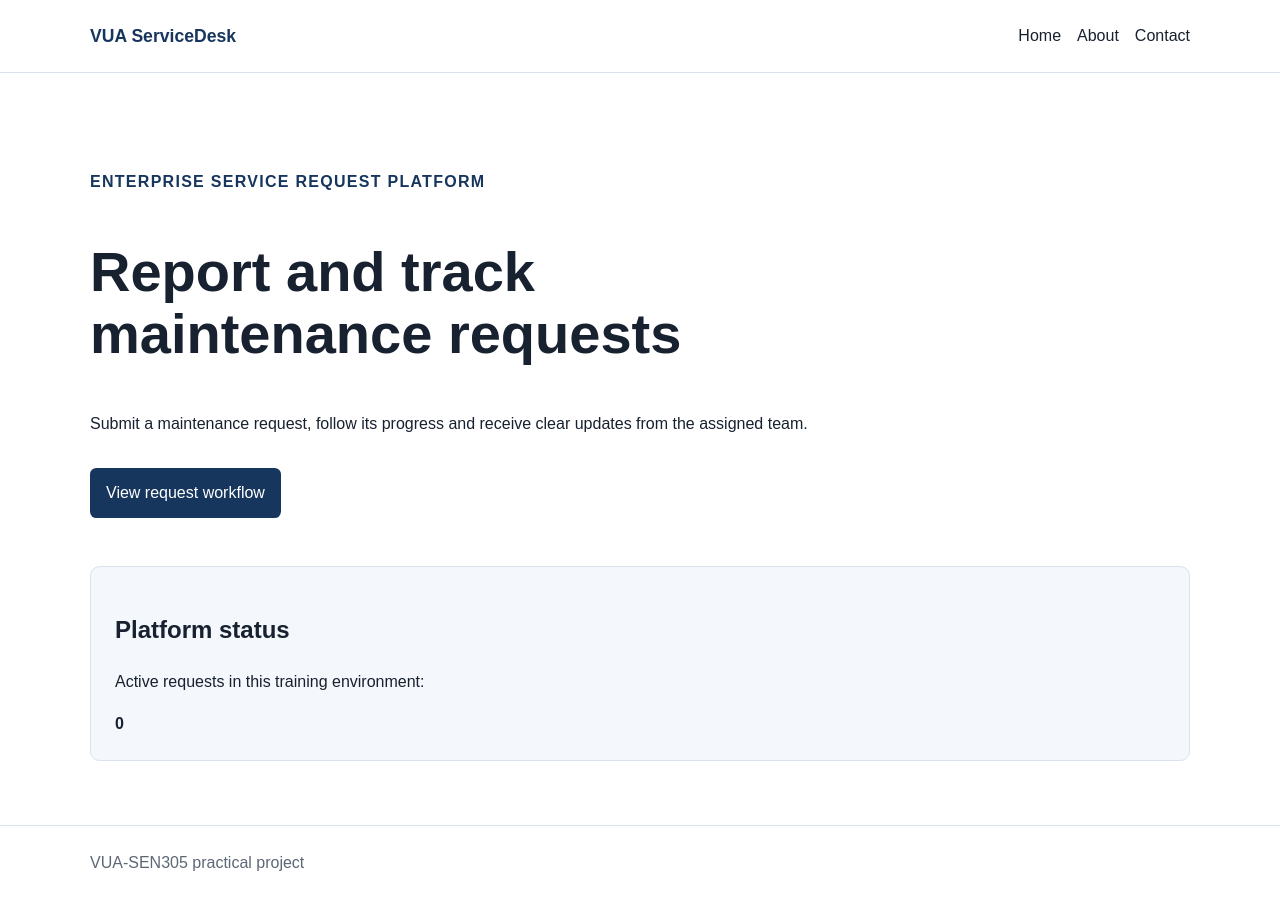
Repository: joezzi/sen305-service-platform
Page: http://localhost/
These files come from the project's save history. The page is drawn as it stood at one moment and after a run of saves; the edit follows.
The browser window is 1280 px wide. The pictures show the whole page.
The page is served by the project's application, run on Django 5.2 (backend/manage.py). Other server files are loaded and not shown.

Above is the page before, as saved 2026-10-21 14:33:56.

### backend/core/templates/core/home.html
{% extends "core/base.html" %}

{% block title %}Home | VUA ServiceDesk{% endblock %}

{% block content %}
<section class="hero">
    <p class="eyebrow">Enterprise Service Request Platform</p>
    <h1>{{ headline }}</h1>
    <p>
        Submit a maintenance request, follow its progress and receive
        clear updates from the assigned team.
    </p>
    <a class="button" href="#request-preview">View request workflow</a>
</section>

<section id="request-preview" class="status-panel">
    <h2>Platform status</h2>
    <p>Active requests in this training environment:</p>
    <strong>{{ active_requests }}</strong>
</section>
{% endblock %}

### backend/core/templates/core/base.html
{% load static %}
<!DOCTYPE html>
<html lang="en">
<head>
    <meta charset="UTF-8">
    <meta name="viewport" content="width=device-width, initial-scale=1.0">
    <title>{% block title %}VUA ServiceDesk{% endblock %}</title>
    <link rel="stylesheet" href="{% static 'core/css/styles.css' %}">
</head>
<body>
    <header class="site-header">
        <div class="container nav-row">
            <a class="brand" href="{% url 'core:home' %}">VUA ServiceDesk</a>
            <nav aria-label="Primary navigation">
                <a href="{% url 'core:home' %}">Home</a>
                <a href="{% url 'core:about' %}">About</a>
                <a href="{% url 'core:contact' %}">Contact</a>
            </nav>
        </div>
    </header>
    <main class="container">
        {% block content %}{% endblock %}
    </main>
    <footer class="site-footer">
        <div class="container">VUA-SEN305 practical project</div>
    </footer>
</body>
</html>

### backend/core/views.py
from django.shortcuts import render

def home(request):
    context = {
        "platform_name": "VUA ServiceDesk",
        "headline": "Report and track maintenance requests",
        "active_requests": 0,
    }
    return render(request, "core/home.html", context)

def about(request):
    project_roles = [
        "Requester",
        "Coordinator",
        "Technician",
        "Administrator",
    ]
    return render(
        request,
        "core/about.html",
        {"project_roles": project_roles},
    )

def contact(request):
    context = {
        "department_name": "Software Engineering Helpdesk",
        "email": "support@vua-servicedesk.edu",
        "office_hours": "Monday to Friday, 8:00 AM - 4:00 PM",
    }
    return render(request, "core/contact.html", context)

def workflow(request):
    stages = [
        "Request submitted",
        "Request triaged",
        "Technician assigned",
        "Request resolved",
    ]
    return render(request, "core/workflow.html", {"stages": stages})

### backend/config/urls.py
"""
URL configuration for config project.

The `urlpatterns` list routes URLs to views. For more information please see:
    https://docs.djangoproject.com/en/5.2/topics/http/urls/
Examples:
Function views
    1. Add an import:  from my_app import views
    2. Add a URL to urlpatterns:  path('', views.home, name='home')
Class-based views
    1. Add an import:  from other_app.views import Home
    2. Add a URL to urlpatterns:  path('', Home.as_view(), name='home')
Including another URLconf
    1. Import the include() function: from django.urls import include, path
    2. Add a URL to urlpatterns:  path('blog/', include('blog.urls'))
"""

from django.contrib import admin
from django.urls import include, path

urlpatterns = [
    path("admin/", admin.site.urls),
    path("", include("core.urls")),
]

### backend/core/urls.py
from django.urls import path
from . import views

app_name = "core"

urlpatterns = [
    path("", views.home, name="home"),
    path("about/", views.about, name="about"),
    path("contact/", views.contact, name="contact"),
    path("workflow/", views.workflow, name="workflow"),  # Add this route
]

### backend/core/static/core/css/styles.css
:root {
    --ink: #18212f;
    --muted: #5d6776;
    --surface: #f4f7fb;
    --brand: #17365d;
    --brand-dark: #0f2746;
    --line: #dbe2ea;
}

* { box-sizing: border-box; }

body {
    margin: 0;
    color: var(--ink);
    background: #ffffff;
    font-family: Arial, Helvetica, sans-serif;
    line-height: 1.6;
}

.container {
    width: min(1100px, calc(100% - 2rem));
    margin-inline: auto;
}

.site-header {
    border-bottom: 1px solid var(--line);
    background: #ffffff;
}

.nav-row {
    min-height: 72px;
    display: flex;
    align-items: center;
    justify-content: space-between;
    gap: 1rem;
}

.brand {
    color: var(--brand);
    font-size: 1.1rem;
    font-weight: 700;
    text-decoration: none;
}

nav { display: flex; gap: 1rem; }
nav a { color: var(--ink); text-decoration: none; }
nav a:hover, nav a:focus { color: var(--brand); text-decoration: underline; }

.hero, .page-heading { padding: 5rem 0 3rem; max-width: 760px; }
.hero h1, .page-heading h1 { font-size: clamp(2rem, 5vw, 3.5rem); line-height: 1.1; }
.eyebrow { color: var(--brand); font-weight: 700; text-transform: uppercase; letter-spacing: .08em; }

.button {
    display: inline-block;
    margin-top: 1rem;
    padding: .75rem 1rem;
    border-radius: .4rem;
    color: #ffffff;
    background: var(--brand);
    text-decoration: none;
}

.button:hover, .button:focus { background: var(--brand-dark); }

.status-panel {
    margin-bottom: 4rem;
    padding: 1.5rem;
    border: 1px solid var(--line);
    border-radius: .6rem;
    background: var(--surface);
}

.role-list { display: grid; gap: .75rem; padding-left: 1.25rem; }

.site-footer {
    margin-top: 4rem;
    padding: 1.5rem 0;
    border-top: 1px solid var(--line);
    color: var(--muted);
}

@media (max-width: 560px) {
    .nav-row { align-items: flex-start; flex-direction: column; padding: 1rem 0; }
}

After the next 2 saves:
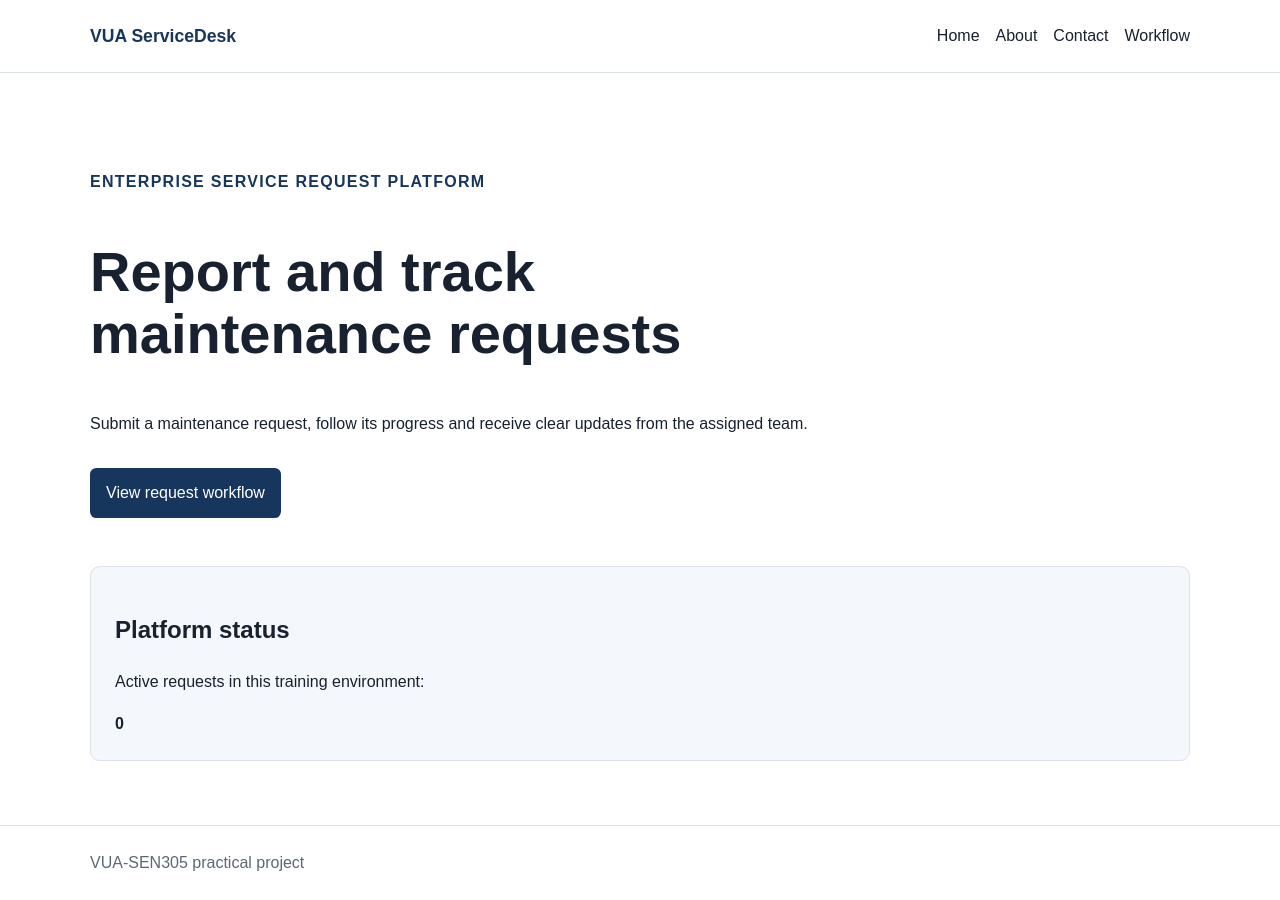
The 2 saves are shown as one change because they came seconds apart.
The last was saved 40 s later.
--- a/backend/core/templates/core/base.html
+++ b/backend/core/templates/core/base.html
@@ -15,6 +15,7 @@
                 <a href="{% url 'core:home' %}">Home</a>
                 <a href="{% url 'core:about' %}">About</a>
                 <a href="{% url 'core:contact' %}">Contact</a>
+                <a href="{% url 'core:workflow' %}">Workflow</a>
             </nav>
         </div>
     </header>
